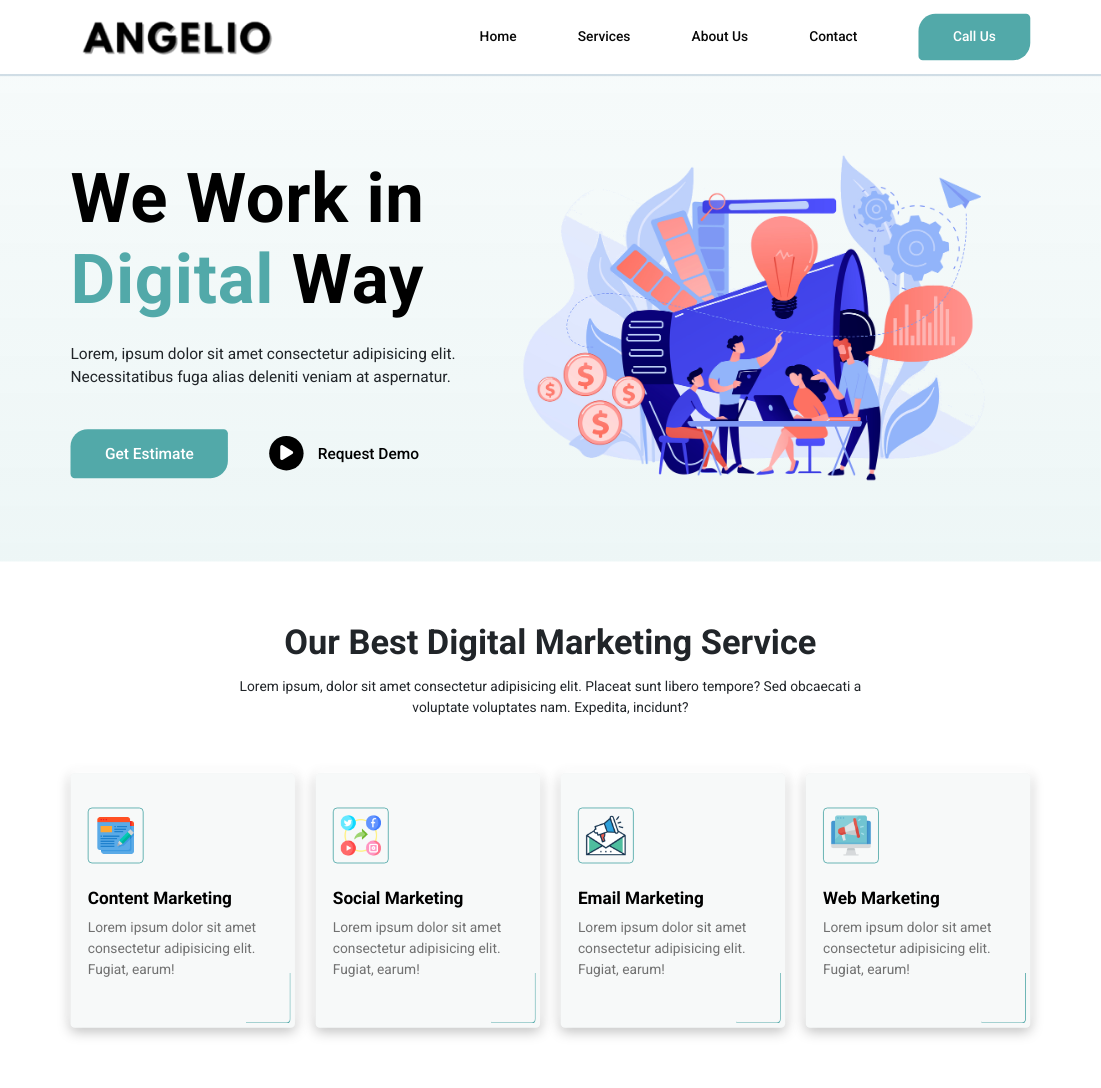
Repository: nazmulalok/landing-page-angelio
Page: index.html
These files come from the project's save history. The page is drawn as it stood at one moment and after the next save; the edit follows.
The browser window is 1280 px wide. The pictures show the whole page, at 86% of full size.

Above is the page before, as saved 2022-09-11 01:08:34.

### index.html
<!DOCTYPE html>
<html lang="en">

    <head>
        <meta charset="UTF-8">
        <meta http-equiv="X-UA-Compatible" content="IE=edge">
        <meta name="viewport" content="width=device-width, initial-scale=1.0">
        <title>Landing Page</title>
        <link rel="preconnect" href="https://fonts.googleapis.com">
        <link rel="preconnect" href="https://fonts.gstatic.com" crossorigin>
        <link rel="stylesheet" href="https://cdnjs.cloudflare.com/ajax/libs/font-awesome/6.2.0/css/all.min.css"
            integrity="sha512-xh6O/CkQoPOWDdYTDqeRdPCVd1SpvCA9XXcUnZS2FmJNp1coAFzvtCN9BmamE+4aHK8yyUHUSCcJHgXloTyT2A=="
            crossorigin="anonymous" referrerpolicy="no-referrer" />
        <link
            href="https://fonts.googleapis.com/css2?family=Roboto:ital,wght@0,300;0,400;0,500;0,700;0,900;1,300;1,400;1,500;1,700;1,900&display=swap"
            rel="stylesheet">
        <link href="https://cdn.jsdelivr.net/npm/bootstrap@5.2.0/dist/css/bootstrap.min.css" rel="stylesheet"
            integrity="sha384-gH2yIJqKdNHPEq0n4Mqa/HGKIhSkIHeL5AyhkYV8i59U5AR6csBvApHHNl/vI1Bx" crossorigin="anonymous">
        <link rel="stylesheet" href="style.css">
    </head>

    <body>
        <header>
            <nav>
                <div class="container">
                    <div class="row align-items-center">
                        <div class="col-lg-5">
                            <div class="logo">
                                <a href="/"><img src="images/angelio-logo.png" alt="Angelio Logo" width="250"
                                        height="66"></a>
                            </div>
                        </div>
                        <div class="col-lg-7 d-flex justify-content-end">
                            <ul>
                                <li><a href="/">Home</a></li>
                                <li><a href="/services.html">Services</a></li>
                                <li><a href="/about-us.html">About Us</a></li>
                                <li><a href="/contact.html">Contact</a></li>
                                <li class="nav-cta"><a href="tel:000-000-0000">Call Us</a></li>
                            </ul>
                        </div>
                    </div>
                </div>
            </nav>
        </header>
        <section class="sec-padding banner-sec">
            <div class="container">
                <div class="row align-items-center">
                    <div class="col-lg-7 order-lg-last">
                        <img src="images/angelio-digital-marketing.png" alt="">
                    </div>
                    <div class="col-lg-5">
                        <div class="large-heading">We Work in <span class="color-text">Digital</span> Way</div>
                        <p>Lorem, ipsum dolor sit amet consectetur adipisicing elit. Necessitatibus fuga alias deleniti
                            veniam at aspernatur.</p>
                        <div class="d-flex align-items-center mt-5"><a href="/contact-us" class="main-btn me-5">Get
                                Estimate</a>
                            <a href="/contact-us" class="play-btn"><i class="fas fa-play me-3"></i>Request Demo</a>
                        </div>
                    </div>
                </div>
            </div>
        </section>
        <section class="sec-padding">
            <div class="container">
                <div class="row justify-content-center">
                    <div class="col-md-8">
                        <div class="text-center">
                            <h1>
                                Our Best Digital Marketing Service
                            </h1>
                            <p>Lorem ipsum, dolor sit amet consectetur adipisicing elit. Placeat sunt
                                libero
                                tempore? Sed obcaecati a voluptate voluptates nam. Expedita, incidunt?</p>
                        </div>
                    </div>
                </div>
                <div class="row align-items-center mt-5">
                    <div class="col-lg-3">
                        <div class="service-box">
                            <div class="service-icon">
                                <img src="images/content-marketing.png" alt="Content Marketing">
                            </div>
                            <div class="service-content">
                                <a href="#">Content Marketing</a>
                                <p>Lorem ipsum dolor sit amet consectetur adipisicing elit. Fugiat, earum!</p>
                            </div>
                        </div>
                    </div>
                    <div class="col-lg-3">
                        <div class="service-box">
                            <div class="service-icon">
                                <img src="images/social-marketing.png" alt="Social Marketing">
                            </div>
                            <div class="service-content">
                                <a href="#">Social Marketing</a>
                                <p>Lorem ipsum dolor sit amet consectetur adipisicing elit. Fugiat, earum!</p>
                            </div>
                        </div>
                    </div>
                    <div class="col-lg-3">
                        <div class="service-box">
                            <div class="service-icon">
                                <img src="images/email-marketing.png" alt="Email Marketing">
                            </div>
                            <div class="service-content">
                                <a href="#">Email Marketing</a>
                                <p>Lorem ipsum dolor sit amet consectetur adipisicing elit. Fugiat, earum!</p>
                            </div>
                        </div>
                    </div>
                    <div class="col-lg-3">
                        <div class="service-box">
                            <div class="service-icon">
                                <img src="images/web-marketing.png" alt="Web Marketing">
                            </div>
                            <div class="service-content">
                                <a href="#">Web Marketing</a>
                                <p>Lorem ipsum dolor sit amet consectetur adipisicing elit. Fugiat, earum!</p>
                            </div>
                        </div>
                    </div>
                </div>
            </div>
        </section>


        <script src="https://cdn.jsdelivr.net/npm/bootstrap@5.2.0/dist/js/bootstrap.bundle.min.js"
            integrity="sha384-A3rJD856KowSb7dwlZdYEkO39Gagi7vIsF0jrRAoQmDKKtQBHUuLZ9AsSv4jD4Xa"
            crossorigin="anonymous"></script>
    </body>

</html>

### style.css
:root {
    --primary-color: #52a9a9;
    --secondary-color: #000000;
    --main-font: 'Roboto', sans-serif;
}

body {
    font-family: var(--main-font);
}

nav {
    padding: 10px 0px;
    box-shadow: 0 1px 1px 1px #14477e2b;
}

nav ul {
    list-style-type: none;
    display: flex;
    justify-content: flex-end;
    margin: 0;
    padding: 0;
    align-items: center;
    gap: 20%;
    white-space: nowrap;
}

nav ul li a {
    color: #080808;
    text-decoration: none;
    display: block;
    position: relative;
    font-weight: 500;
}

nav ul li a:hover {
    color: #52a9a9;
}

li.nav-cta a {
    background: #008080ad;
    padding: 15px 40px;
    color: #fff;
    border-radius: 20px 5px;
    transition: all 0.3s ease;
}

li.nav-cta a:hover {
    background: #000;
    color: #fff;
    border-radius: 5px 20px;
    transition: all 0.3s ease;
}

li.nav-cta a:before {
    content: "";
    width: 0%;
    height: 0px;
    position: absolute;
    left: 0;
    bottom: 0;
    transition: none;
    transform: none;
    background: none;
    transform-origin: 0%;
}

li.nav-cta a:hover:before {
    transform: none;
    transform-origin: 0%;
}

nav ul li a:before {
    content: "";
    width: 100%;
    height: 2px;
    position: absolute;
    left: 0;
    bottom: 0;
    transition: 0.4s transform ease;
    transform: scale3d(0, 1, 1);
    background: #52a9a9;
    transform-origin: 100% 50%;
}

nav ul li a:hover::before {
    transform: scale3d(1, 1, 1);
    transform-origin: 0 50%;
}

.sec-padding {
    padding: 70px 0px;
}

.banner-sec {
    background-image: linear-gradient(rgb(82 169 169 / 5%), rgb(82 169 169 / 10%));
    background-size: cover;
    background-position: center;
}

.banner-sec img {
    width: 100%;
}

.large-heading {
    font-size: 80px;
    color: #000;
    font-weight: 600;
    letter-spacing: 0.8px;
    line-height: normal;
    margin-bottom: 25px;
}

.banner-sec p {
    font-size: 18px;
}

.color-text {
    color: var(--primary-color);
}

a.main-btn {
    color: #fff;
    background: #52a9a9;
    padding: 15px 40px;
    font-weight: 500;
    font-size: 18px;
    text-decoration: none;
    border-radius: 20px 5px;
    transition: all 0.3s ease;
}

a.main-btn:hover {
    background: #000;
    color: #fff;
    border-radius: 5px 20px;
    transition: all 0.3s ease;
}

a.play-btn {
    display: inline-flex;
    align-items: center;
    justify-content: center;
    color: #000;
    text-decoration: none;
    font-weight: 500;
    font-size: 18px;
}

.play-btn .fa-play {
    width: 40px;
    height: 40px;
    color: #fff;
    font-size: 20px;
    background: #000;
    display: inline-flex;
    align-items: center;
    justify-content: center;
    border-radius: 50%;
    transition: all 0.3s ease;
}

.play-btn:hover i {
    background: #52a9a9;
}

/* Headings */

h1,
h2,
h3,
h4,
h5,
h6 {
    margin-bottom: 1rem;
    font-weight: 700;
}

/* Service Box */

.service-box {
    position: relative;
    background: rgb(197 214 214 / 15%);
    padding: 40px 20px;
    box-shadow: 0px -6px 10px white, 0px 4px 15px rgb(0 0 0 / 27%);
    border-radius: 5px;
}

.service-box:after {
    position: absolute;
    content: "";
    height: 20%;
    width: 20%;
    bottom: 5px;
    right: 5px;
    border-bottom-right-radius: 5px;
    border-bottom: 1px solid #52a9a9;
    border-right: 1px solid #52a9a9;
}

.service-box .service-icon {
    width: 80px;
    height: 80px;
    margin-bottom: 10px;
}

.service-box .service-icon img {
    width: 65px;
    padding: 8px;
    border: 1px solid #52a9a9;
    border-radius: 5px;
}

.service-box .service-content a {
    display: inline-block;
    color: #000;
    font-size: 20px;
    font-weight: 600;
    text-decoration: none;
    margin-bottom: 8px;
}

.service-box .service-content p {
    color: #575757d6;
}

After the next save:
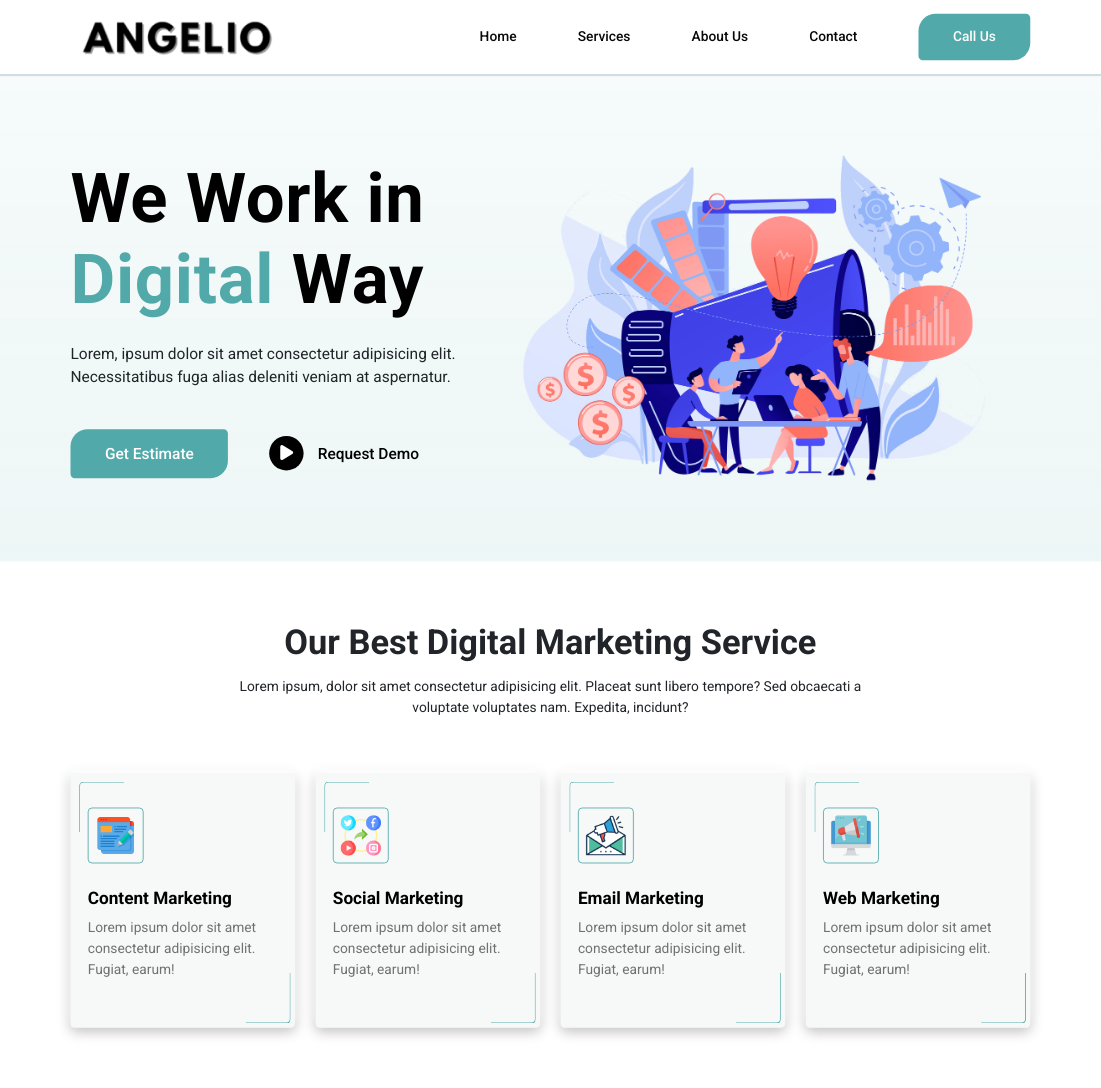
Saved 56 s later.
--- a/style.css
+++ b/style.css
@@ -185,6 +185,18 @@
     border-radius: 5px;
 }
 
+.service-box:before {
+    position: absolute;
+    content: "";
+    height: 20%;
+    width: 20%;
+    left: 10px;
+    top: 10px;
+    border-top-left-radius: 5px;
+    border-top: 1px solid #52a9a9;
+    border-left: 1px solid #52a9a9;
+}
+
 .service-box:after {
     position: absolute;
     content: "";

After the save that followed:
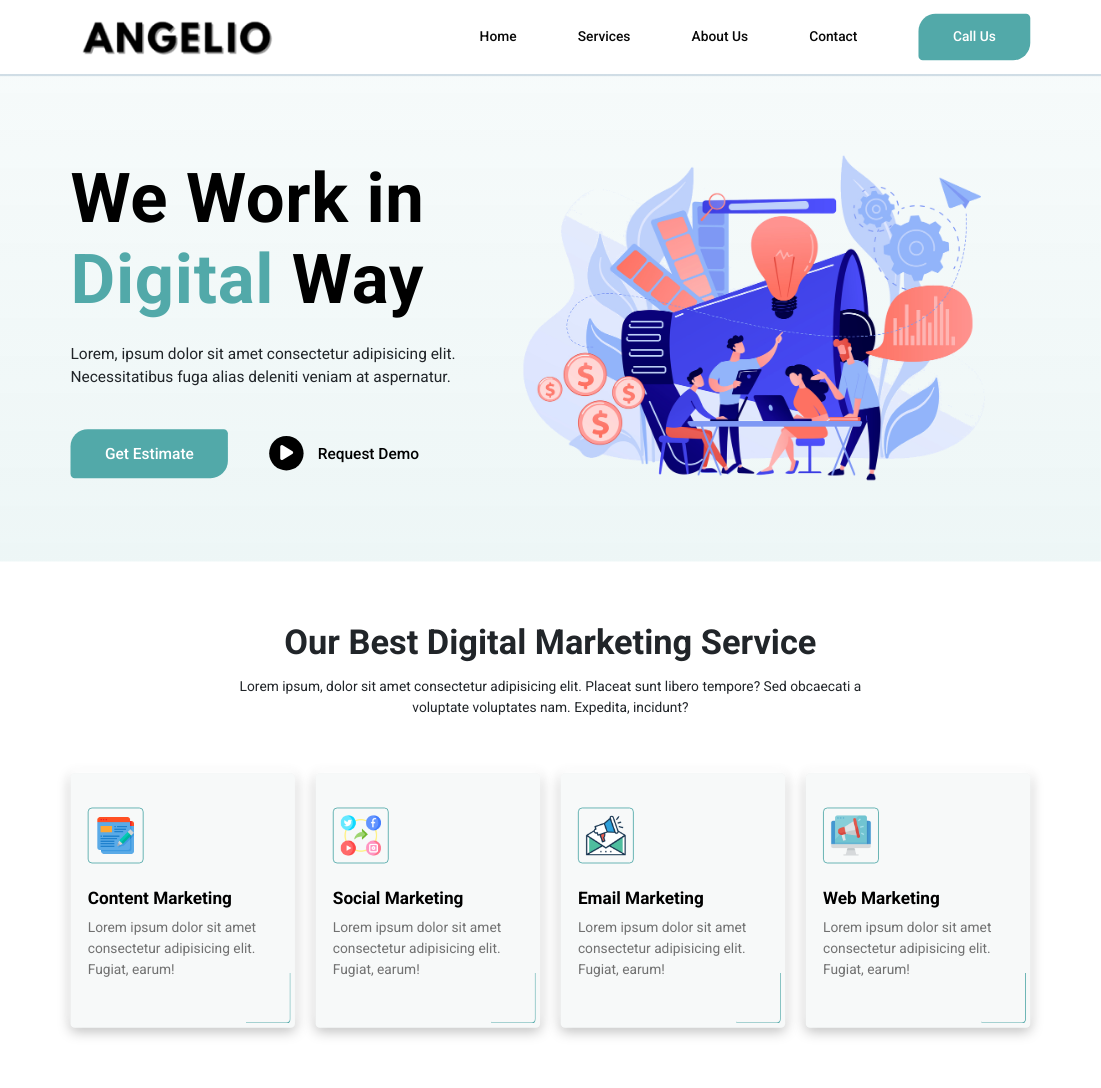
Saved 4 min 5 s later.
--- a/style.css
+++ b/style.css
@@ -185,18 +185,6 @@
     border-radius: 5px;
 }
 
-.service-box:before {
-    position: absolute;
-    content: "";
-    height: 20%;
-    width: 20%;
-    left: 10px;
-    top: 10px;
-    border-top-left-radius: 5px;
-    border-top: 1px solid #52a9a9;
-    border-left: 1px solid #52a9a9;
-}
-
 .service-box:after {
     position: absolute;
     content: "";
